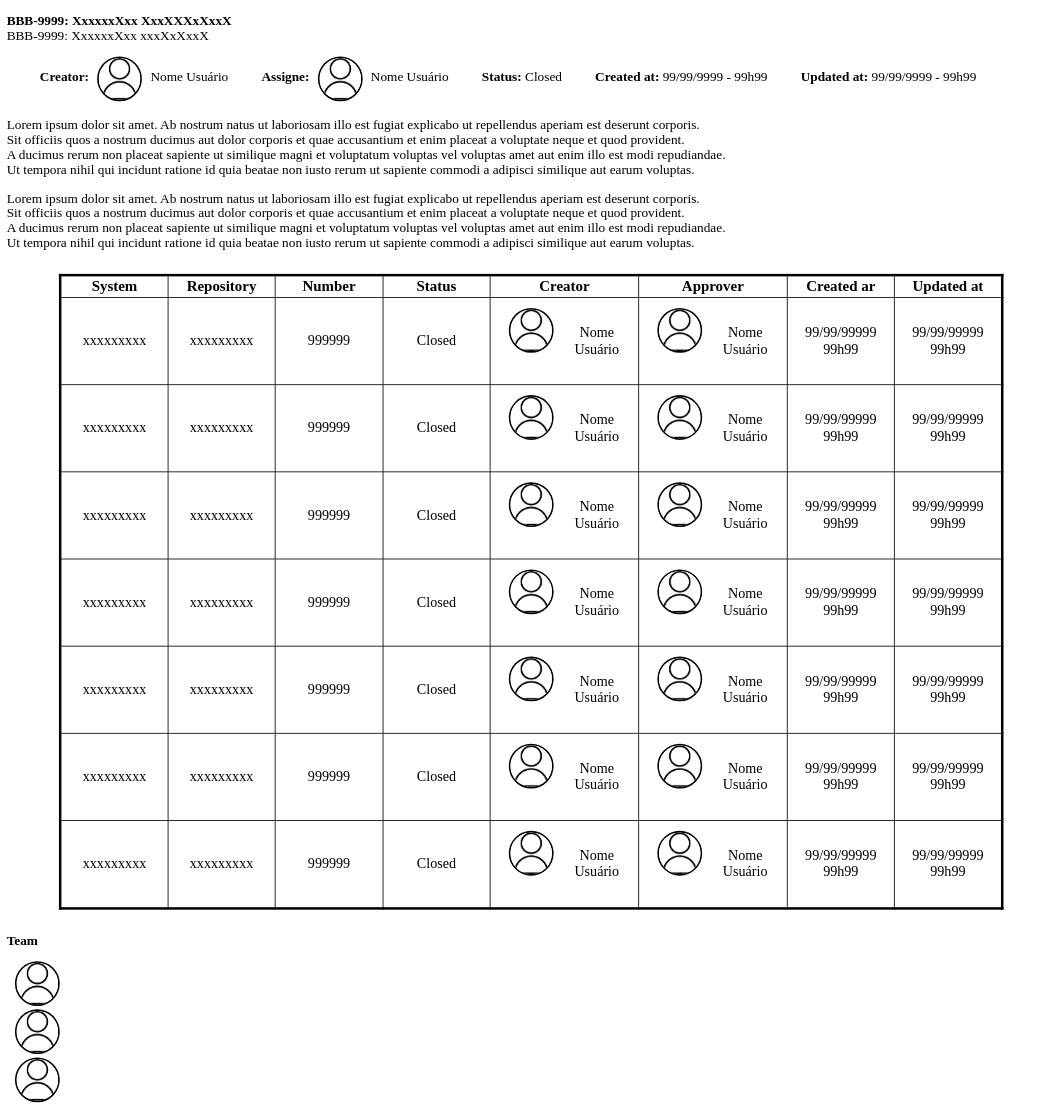
Repository: AnaBerlanda/PaginaFer
Page: index.html
The author's editor kept a copy of each file at every save. The page is drawn from the files as they stood at one save, then again after the next save.
The browser window is 1280 px wide. The pictures show the whole page, at 83% of full size.

Above is the page before, as saved 2022-05-23 17:07:42.

### index.html
<!DOCTYPE html>
<html lang="en">
<head>
    <meta charset="UTF-8">
    <meta http-equiv="X-UA-Compatible" content="IE=edge">
    <meta name="viewport" content="width=device-width, initial-scale=1.0">
    <link type="text/css" rel="stylesheet" href="index.css">
    <title>Release</title>
</head>
<body>
    <p>
        <strong>BBB-9999: XxxxxxXxx XxxXXXxXxxX</strong><br>
        BBB-9999: XxxxxxXxx xxxXxXxxX
    </p>
    <div class="container">
        <div class="textos">
        <p class="sub-titulos"><strong>Creator:</strong></p>
        </div>
        <div class="imagem">
            <img src="imagem/Icone-usuario-Png-1024x1024.png">
        </div>
        <div class="nome-usuario">
            <p>Nome Usuário</p>
        </div>
        <div class="textos">
            <p class="sub-titulos"><strong>Assigne:</strong></p>
        </div>
            <div class="imagem">
                <img src="imagem/Icone-usuario-Png-1024x1024.png">
            </div>
            <div class="nome-usuario">
                <p>Nome Usuário</p>
            </div>
        <div class="textos">
            <p class="sub-titulos"><strong>Status:</strong> Closed</p>
        </div>
        <div class="textos">
            <p class="sub-titulos"><strong>Created at:</strong> 99/99/9999 - 99h99</p>
        </div>
        <div class="textos">
            <p class="sub-titulos"><strong>Updated at:</strong> 99/99/9999 - 99h99</p>
        </div>
    </div>
    <p>
        Lorem ipsum dolor sit amet. Ab nostrum natus ut laboriosam illo est fugiat explicabo ut repellendus aperiam est deserunt corporis.<br> Sit officiis quos a nostrum ducimus aut dolor corporis et quae accusantium et enim placeat a voluptate neque et quod provident.<br> A ducimus rerum non placeat sapiente ut similique magni et voluptatum voluptas vel voluptas amet aut enim illo est modi repudiandae.<br> Ut tempora nihil qui incidunt ratione id quia beatae non iusto rerum ut sapiente commodi a adipisci similique aut earum voluptas.
    </p>
    <p>
        Lorem ipsum dolor sit amet. Ab nostrum natus ut laboriosam illo est fugiat explicabo ut repellendus aperiam est deserunt corporis.<br> Sit officiis quos a nostrum ducimus aut dolor corporis et quae accusantium et enim placeat a voluptate neque et quod provident.<br> A ducimus rerum non placeat sapiente ut similique magni et voluptatum voluptas vel voluptas amet aut enim illo est modi repudiandae.<br> Ut tempora nihil qui incidunt ratione id quia beatae non iusto rerum ut sapiente commodi a adipisci similique aut earum voluptas.
    </p>
    <table class="tabela">
        <tr>
            <th>System</th>
            <th>Repository</th>
            <th>Number</th>
            <th>Status</th>
            <th>Creator</th>
            <th>Approver</th>
            <th>Created ar</th>
            <th>Updated at</th>
        </tr>
        <tr>
            <td>xxxxxxxxx</td>
            <td>xxxxxxxxx</td>
            <td>999999</td>
            <td>Closed</td>
            <td>
                <div class="tabela-imagem">
                    <div class="imagem">
                    <img src="imagem/Icone-usuario-Png-1024x1024.png">
                    </div>
                <div class="textos">
                    <p class="nome">Nome Usuário</p>
                </div>
                </div>
            </td>
            <td>
                <div class="tabela-imagem">
                    <div class="imagem">
                    <img src="imagem/Icone-usuario-Png-1024x1024.png">
                    </div>
                <div class="textos">
                    <p class="nome">Nome Usuário</p>
                </div>
                </div>
            </td>
            <td>99/99/99999 99h99</td>
            <td>99/99/99999 99h99</td>
        </tr>
        <tr>
            <td>xxxxxxxxx</td>
            <td>xxxxxxxxx</td>
            <td>999999</td>
            <td>Closed</td>
            <td>
                <div class="tabela-imagem">
                    <div class="imagem">
                    <img src="imagem/Icone-usuario-Png-1024x1024.png">
                    </div>
                <div class="textos">
                    <p class="nome">Nome Usuário</p>
                </div>
                </div>
            </td>
            <td>
                <div class="tabela-imagem">
                    <div class="imagem">
                    <img src="imagem/Icone-usuario-Png-1024x1024.png">
                    </div>
                <div class="textos">
                    <p class="nome">Nome Usuário</p>
                </div>
                </div>
            </td>
            <td>99/99/99999 99h99</td>
            <td>99/99/99999 99h99</td>
        </tr>
        <tr>
            <td>xxxxxxxxx</td>
            <td>xxxxxxxxx</td>
            <td>999999</td>
            <td>Closed</td>
            <td>
                <div class="tabela-imagem">
                    <div class="imagem">
                    <img src="imagem/Icone-usuario-Png-1024x1024.png">
                    </div>
                <div class="textos">
                    <p class="nome">Nome Usuário</p>
                </div>
                </div>
            </td>
            <td>
                <div class="tabela-imagem">
                    <div class="imagem">
                    <img src="imagem/Icone-usuario-Png-1024x1024.png">
                    </div>
                <div class="textos">
                    <p class="nome">Nome Usuário</p>
                </div>
                </div>
            </td>
            <td>99/99/99999 99h99</td>
            <td>99/99/99999 99h99</td>
        </tr>
        <tr>
            <td>xxxxxxxxx</td>
            <td>xxxxxxxxx</td>
            <td>999999</td>
            <td>Closed</td>
            <td>
                <div class="tabela-imagem">
                    <div class="imagem">
                    <img src="imagem/Icone-usuario-Png-1024x1024.png">
                    </div>
                <div class="textos">
                    <p class="nome">Nome Usuário</p>
                </div>
                </div>
            </td>
            <td>
                <div class="tabela-imagem">
                    <div class="imagem">
                    <img src="imagem/Icone-usuario-Png-1024x1024.png">
                    </div>
                <div class="textos">
                    <p class="nome">Nome Usuário</p>
                </div>
                </div>
            </td>
            <td>99/99/99999 99h99</td>
            <td>99/99/99999 99h99</td>
        </tr>
        <tr>
            <td>xxxxxxxxx</td>
            <td>xxxxxxxxx</td>
            <td>999999</td>
            <td>Closed</td>
            <td>
                <div class="tabela-imagem">
                    <div class="imagem">
                    <img src="imagem/Icone-usuario-Png-1024x1024.png">
                    </div>
                <div class="textos">
                    <p class="nome">Nome Usuário</p>
                </div>
                </div>
            </td>
            <td>
                <div class="tabela-imagem">
                    <div class="imagem">
                    <img src="imagem/Icone-usuario-Png-1024x1024.png">
                    </div>
                <div class="textos">
                    <p class="nome">Nome Usuário</p>
                </div>
                </div>
            </td>
            <td>99/99/99999 99h99</td>
            <td>99/99/99999 99h99</td>
        </tr>
        <tr>
            <td>xxxxxxxxx</td>
            <td>xxxxxxxxx</td>
            <td>999999</td>
            <td>Closed</td>
            <td>
                <div class="tabela-imagem">
                    <div class="imagem">
                    <img src="imagem/Icone-usuario-Png-1024x1024.png">
                    </div>
                <div class="textos">
                    <p class="nome">Nome Usuário</p>
                </div>
                </div>
            </td>
            <td>
                <div class="tabela-imagem">
                    <div class="imagem">
                    <img src="imagem/Icone-usuario-Png-1024x1024.png">
                    </div>
                <div class="textos">
                    <p class="nome">Nome Usuário</p>
                </div>
                </div>
            </td>
            <td>99/99/99999 99h99</td>
            <td>99/99/99999 99h99</td>
        </tr>
        <tr>
            <td>xxxxxxxxx</td>
            <td>xxxxxxxxx</td>
            <td>999999</td>
            <td>Closed</td>
            <td>
                <div class="tabela-imagem">
                    <div class="imagem">
                    <img src="imagem/Icone-usuario-Png-1024x1024.png">
                    </div>
                <div class="textos">
                    <p class="nome">Nome Usuário</p>
                </div>
                </div>
            </td>
            <td>
                <div class="tabela-imagem">
                    <div class="imagem">
                    <img src="imagem/Icone-usuario-Png-1024x1024.png">
                    </div>
                <div class="textos">
                    <p class="nome">Nome Usuário</p>
                </div>
                </div>
            </td>
            <td>99/99/99999 99h99</td>
            <td>99/99/99999 99h99</td>
        </tr>
    </table>
    <p><strong>Team</strong></p>
    <div class="imagens-time">
        <div class="imagem">
            <img src="imagem/Icone-usuario-Png-1024x1024.png">
        </div>
        <div class="imagem">
            <img src="imagem/Icone-usuario-Png-1024x1024.png">
        </div>
        <div class="imagem">
            <img src="imagem/Icone-usuario-Png-1024x1024.png">
        </div>
    </div>















</body>
</html>

### index.css
.container{
    display: flex;

}
.imagem img{
    width: 50px;
    height: 50px;
    border-radius: 50%;
    border: 2px solid black;
    margin-left: 10px;
}
.textos{
    margin-left: 40px;
}
.nome-usuario{
    margin-left: 10px;
}
.main-container{
    display: flex;
    justify-content: space-around;
    gap: 10px;
}
table {
    border-collapse: collapse;
    border: 3px solid black;
    width: 90%;
    margin: 28px auto;
    border-radius: 2%;
}
table th{
    border: 1px solid black;
    color:black;
    font-size: 18px;
    padding: 2px;

}
table td {
    text-align: center;
    border: 1px solid black;
    color: black;
    font-size: 17px;
    width: 10%;
    padding: 5px;
}
.tabela-imagem{
    display:flex
}
.tabela-imagem .textos{
    margin: 10px;
}
.tabela-imagem .imagem{
    margin: 7px;
}

After the next save:
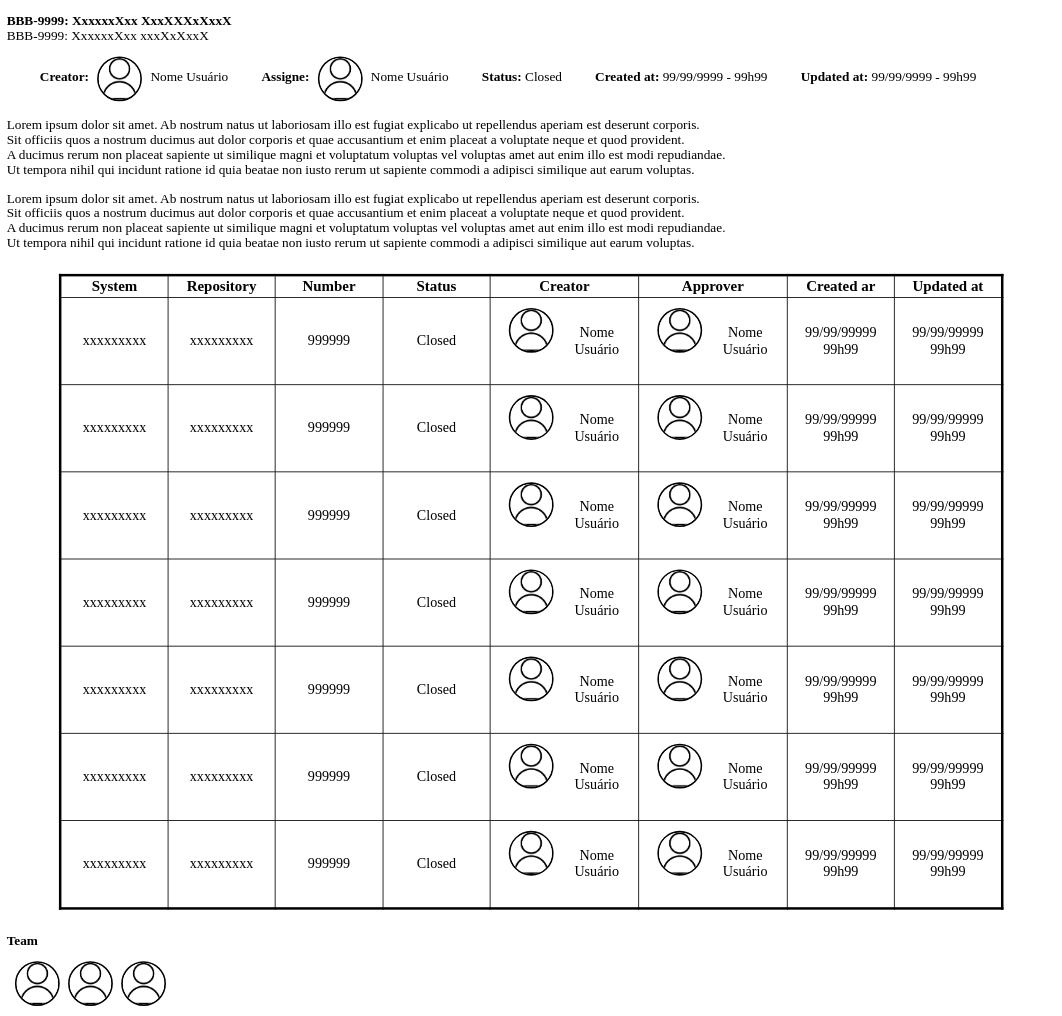
Saved 72 s later.
--- a/index.css
+++ b/index.css
@@ -51,3 +51,6 @@ table td {
 .tabela-imagem .imagem{
     margin: 7px;
 }
+.imagens-time{
+display: flex;
+}
